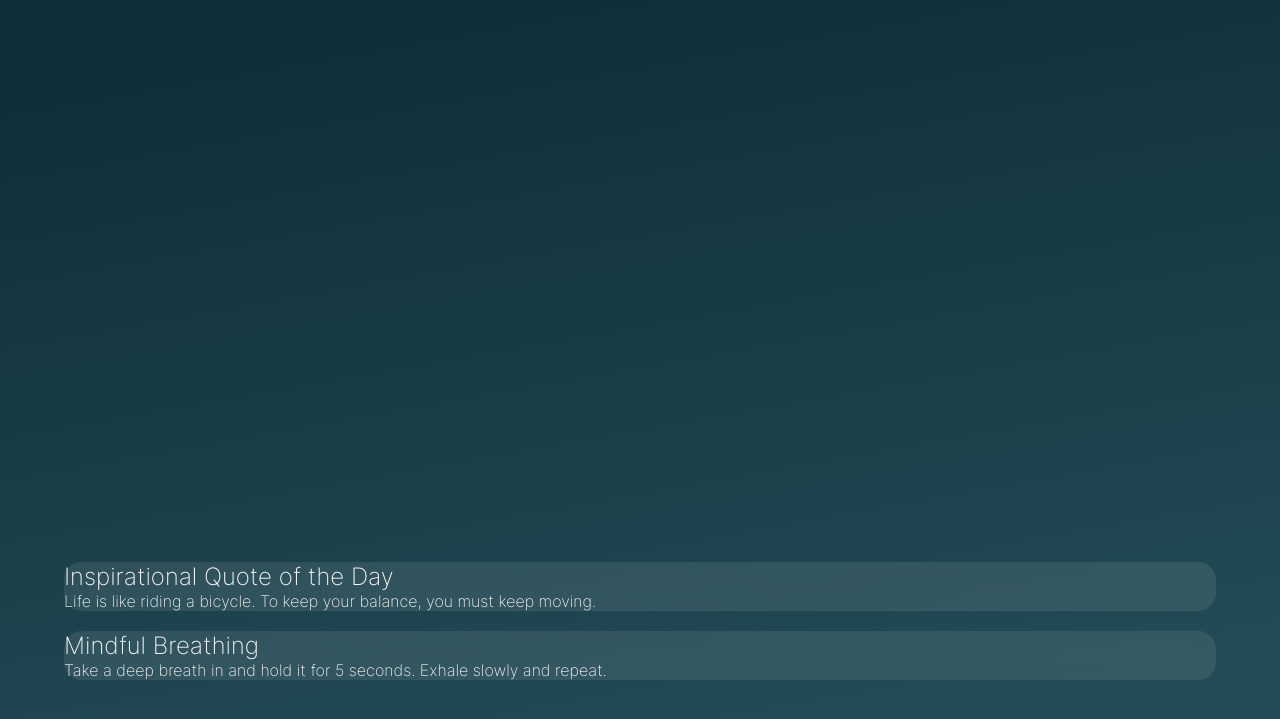
Repository: aaronw-dev/Zen
Page: dashboard.html
These files come from the project's save history. The page is drawn as it stood at one moment and after the next save; the edit follows.
The browser window is 1280 px wide. The pictures show the whole page.

Above is the page before, as saved 2024-06-08 13:28:08.

### dashboard.html
<!DOCTYPE html>
<html lang="en">

<head>
    <meta charset="UTF-8">
    <meta name="viewport" content="width=device-width, initial-scale=1.0">
    <title>Zen</title>
    <link rel="stylesheet" href="../static/colors.css">
    <link rel="stylesheet" href="../static/style.css">
</head>

<body>
    <div class="features">
        <div class="inspirational_quote">
            <h2>Inspirational Quote of the Day</h2>
            <p>Life is like riding a bicycle. To keep your balance, you must keep moving.</p>
        </div>
        <div class="mindful_breathing">
            <h2>Mindful Breathing</h2>
            <p>Take a deep breath in and hold it for 5 seconds. Exhale slowly and repeat.</p>
        </div>
    </div>
</body>

</html>

### static/colors.css
:root {
    --text: #F6F6F6;
    --buttons: #0F2F38;
    --radial-bg: radial-gradient(89.12% 42.87% at 50.08% 50.93%, #2B606F 0%, #0D3642 100%);
    --linear-bg: linear-gradient(170deg, #0F2F38 9.2%, #224B56 91.67%);
}

### static/style.css
@font-face {
    font-family: Inter;
    src: url("./font/Inter-Bold.ttf");
    font-weight: bold;
}

@font-face {
    font-family: Inter;
    src: url("./font/Inter-ExtraLight.ttf");
    font-weight: lighter;
}

html {
    height: 100%;
}

body {
    height: 100%;
    margin: 0;
    background-repeat: no-repeat;
    background-attachment: fixed;
    background: var(--linear-bg);
}

* {
    font-family: Inter;
    color: var(--text);
    font-weight: lighter;
}

h1,
h2,
h3,
h4,
h5,
h6,
p {
    margin-top: 0;
    margin-bottom: 0;
}

.hero {
    position: absolute;
    left: 50%;
    transform: translateX(-50%);
    margin: auto;
    width: 40%;
    display: flex;
    flex-direction: column;
    align-items: center;
    top: 70px;
}

.hero img {
    width: 100%;
}

.hero-name {
    font-size: 60px;
}

.tagline {
    display: flex;
    flex-direction: column;
    align-items: center;
    line-height: 0.85;
    position: absolute;
    top: 50%;
    left: 50%;
    transform: translate(-50%, -50%);
    width: max-content;
}

.tagline span:nth-child(1) {
    font-weight: bold;
    font-size: 3.5em;
}

.tagline span:nth-child(2) {
    font-weight: lighter;
    font-size: 3.2em;
}

.action-buttons {
    display: flex;
    flex-direction: column;
    align-items: center;
    width: 60%;
    position: absolute;
    bottom: 40px;
    gap: 20px;
    left: 50%;
    transform: translateX(-50%);
}
.features {
    display: flex;
    flex-direction: column;
    align-items: center;
    heihgt: 90%;
    width: 90%;
    position: absolute;
    bottom: 40px;
    gap: 20px;
    left: 50%;
    transform: translateX(-50%);
}
.action-buttons button {
    width: 100%;
    padding: 5px 30px;
    font-size: 25px;
    border: none;
    background-color: var(--buttons);
    border-radius: 15px;
}

.inspirational_quote{
    width: 100%;
    height: 100%;
    background: rgba(219.94, 219.94, 219.94, 0.11); border-radius: 18px;
    backdrop-filter: blur(8.90px);
}
.mindful_breathing{
    width: 100%;
    height: 100%;
    background: rgba(219.94, 219.94, 219.94, 0.11); border-radius: 18px;
    backdrop-filter: blur(8.90px);
}

After the next save:
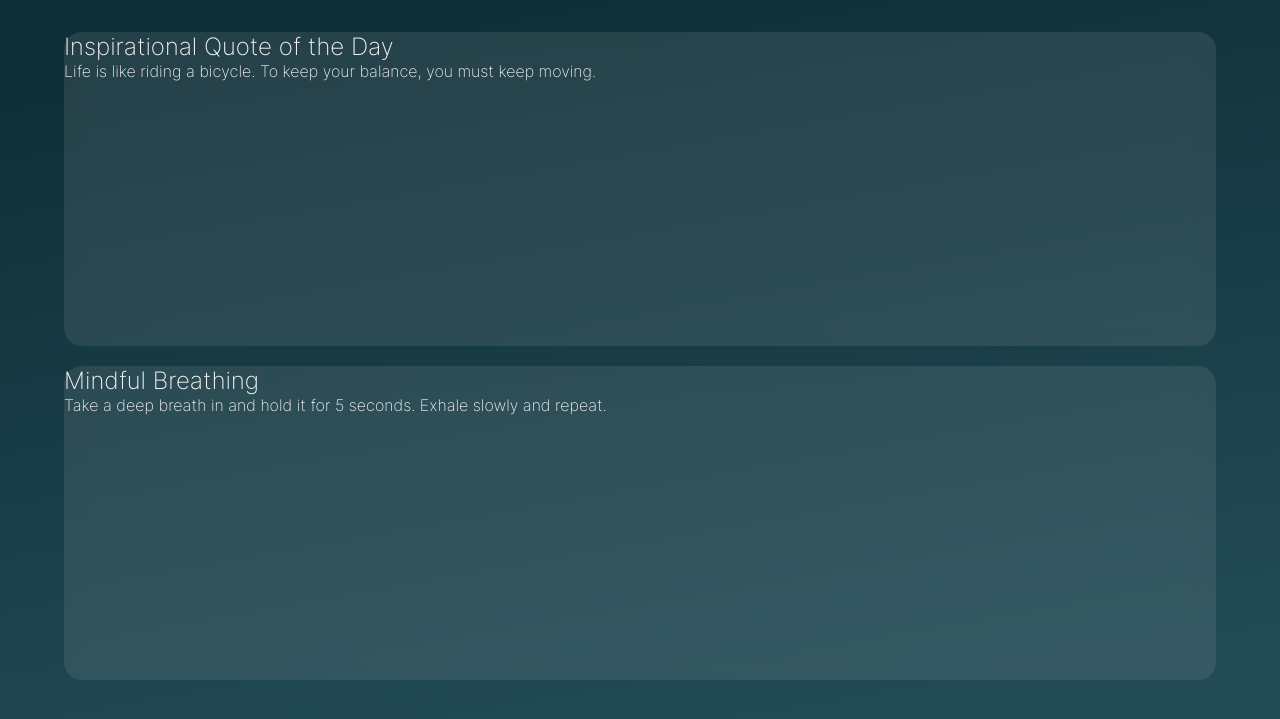
Saved 5 s later.
--- a/static/style.css
+++ b/static/style.css
@@ -96,7 +96,7 @@ p {
     display: flex;
     flex-direction: column;
     align-items: center;
-    heihgt: 90%;
+    height: 90%;
     width: 90%;
     position: absolute;
     bottom: 40px;
